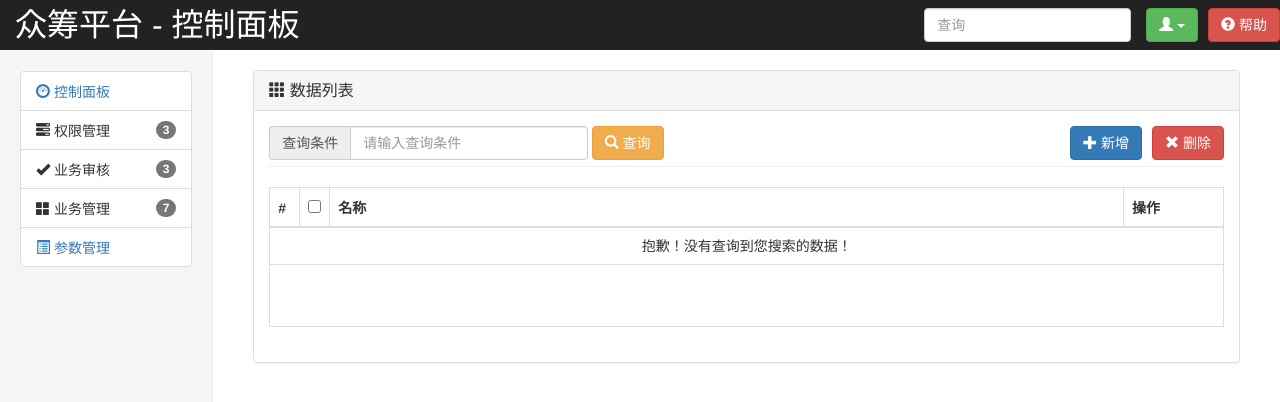
Repository: tornado4651/AtCrodFunding
Page: http://localhost/atcrowdfunding02-admin-webui/WEB-INF/role-page.jsp
These files come from the project's save history. The page is drawn as it stood at one moment and after the next save; the edit follows.
The browser window is 1280 px wide. The pictures show the whole page.
The page is served by Tomcat 9. Nobody is signed in. The template is opened directly, without the code that normally fills it, so the values that code supplies are empty.

Above is the page before, as saved 2020-04-27 09:31:51.

After the next save:
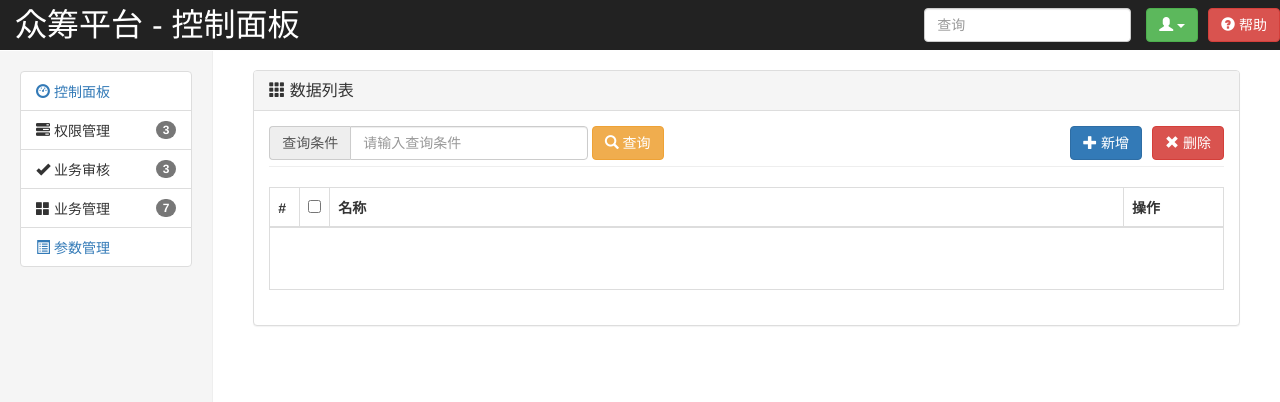
Console error: SyntaxError: Unexpected string
Saved 3 min 7 s later.
--- a/atcrowdfunding01-admin-parent/atcrowdfunding02-admin-webui/src/main/webapp/crowd/my-role.js
+++ b/atcrowdfunding01-admin-parent/atcrowdfunding02-admin-webui/src/main/webapp/crowd/my-role.js
@@ -180,7 +180,12 @@
 	// 3.准备对zTree进行设置的JSON对象
 	var setting={
 		data: {
-			simpleData: {enable: true}
+			"simpleData": {
+				"enable": true,
+				"pIdKey": "category"
+				},
+			"key": {"name": "title"},
+			""
 		}
 	};
 	// 4.生成树形结构

After the save that followed:
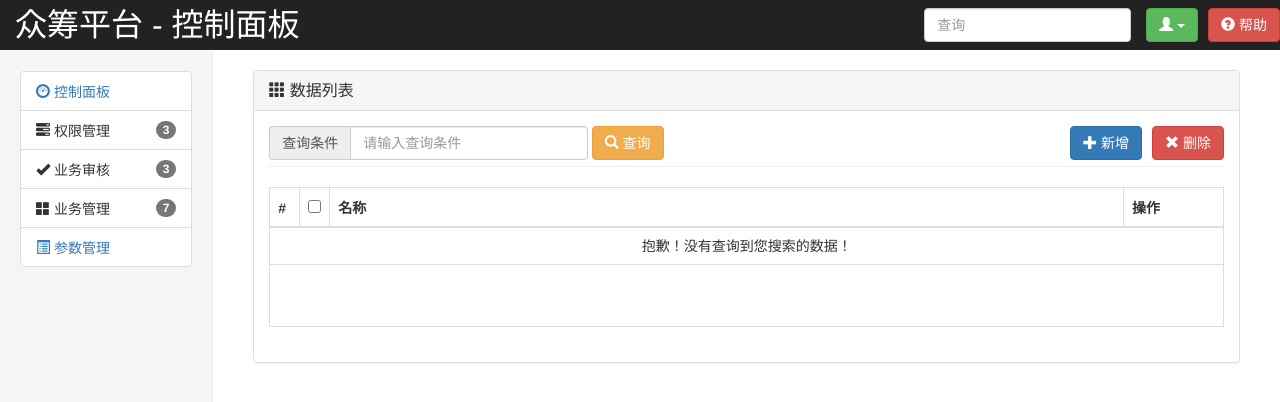
The error is gone.
Saved 10 s later.
--- a/atcrowdfunding01-admin-parent/atcrowdfunding02-admin-webui/src/main/webapp/crowd/my-role.js
+++ b/atcrowdfunding01-admin-parent/atcrowdfunding02-admin-webui/src/main/webapp/crowd/my-role.js
@@ -184,8 +184,7 @@
 				"enable": true,
 				"pIdKey": "category"
 				},
-			"key": {"name": "title"},
-			""
+			"key": {"name": "title"}
 		}
 	};
 	// 4.生成树形结构
